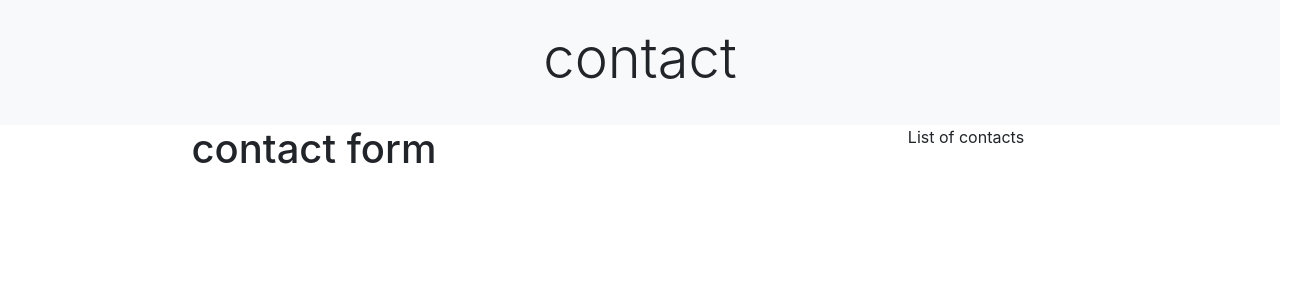
Repository: sahil801/my-react
Page: / (app in finalassignment/)
These files come from the project's save history. The page is drawn as it stood at one moment and after the next save; the edit follows.
The browser window is 1280 px wide. The page is 1292 px wide, so the pictures cover 1292 px, including what lies to the right of the window. The pictures show the whole page.
The project was rebuilt for these pictures with package versions that can differ from the ones it lists, and the page was loaded fresh each time.

Above is the page before, as saved 2021-10-28 12:12:39.

After the next save:
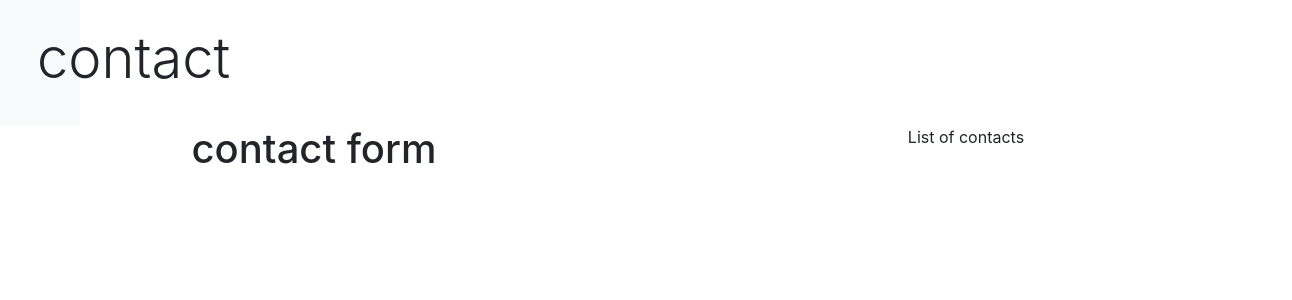
Saved 33 s later.
--- a/finalassignment/src/components/contacts.js
+++ b/finalassignment/src/components/contacts.js
@@ -5,7 +5,7 @@ import 'bootstrap/dist/css/bootstrap.min.css';
 export default function Contacts() {
     return (
         <>
-        <div className="bg-light w-80" style={{padding: 25}}>
+        <div className="bg-light w-80" style={{padding: 25, width:80}}>
             <div className="container p-250">
                 <h1 className="display-4">contact</h1>
             </div>
